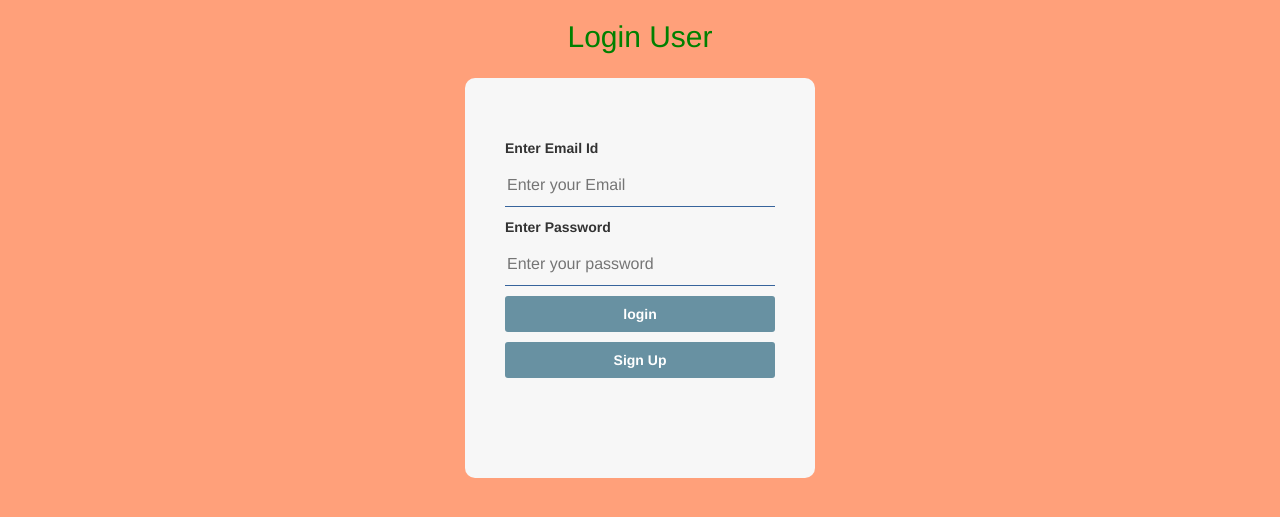
Repository: ashwinipatil321/ServletPrograms
Page: http://localhost/loginAndRegisterServlet/login.jsp
These files come from the project's save history. The page is drawn as it stood at one moment and after the next save; the edit follows.
The browser window is 1280 px wide. The pictures show the whole page.
Some web libraries are served in a nearby version. The page is served by Tomcat 9. Nobody is signed in. The application's start-up code is not run. Other server files are loaded and not shown.

Above is the page before, as saved 2017-11-07 12:32:16.

### loginAndRegisterServlet/WebContent/login.jsp
<%-- <%@ page language="java" contentType="text/html; charset=UTF-8"
	pageEncoding="UTF-8"%>
<!DOCTYPE html PUBLIC "-//W3C//DTD HTML 4.01 Transitional//EN" "http://www.w3.org/TR/html4/loose.dtd">
<html>
<head>
<title>welcome page</title>
<meta charset="utf-8">
<meta name="viewport" content="width=device-width, initial-scale=1">
<link rel="stylesheet"
	href="https://maxcdn.bootstrapcdn.com/bootstrap/3.3.7/css/bootstrap.min.css">
<script
	src="https://ajax.googleapis.com/ajax/libs/jquery/3.2.1/jquery.min.js"></script>
<script
	src="https://maxcdn.bootstrapcdn.com/bootstrap/3.3.7/js/bootstrap.min.js"></script>
<style type="text/css">

h2 {
    color: green;
    text-align: center;
}
center {
	border: 1px solid #D5D8DC;
	padding: 50px;
	margin: auto;
	background-color: #CCEEFF;
	width: 35%;
}
</style>
</head>
<body>

<h2>Login User</h2>
	<center>
		<form action="Login" method="post">
			<div class="form-group">
				<label for="email">Enter Email Id</label> <input type="email"
					class="form-control" id="emailId" placeholder="Enter email Id"
					name="emailId">
			</div>
			<div class="form-group">
				<label for="pwd">Enter Password</label> <input type="password"
					class="form-control" id="password" placeholder="Enter password"
					name="password">
			</div>
			<div class="checkbox">
				<label><input type="checkbox" name="remember">
					Remember me</label>
			</div>
			<button type="submit" class="btn btn-success">login</button>
			<button type="submit" class="btn btn-danger">
				<a href="Register.jsp">cancel</a>
			</button>
		</form>
	</center> --%>
<%@ page language="java" contentType="text/html; charset=UTF-8"
    pageEncoding="UTF-8"%>
<!DOCTYPE html PUBLIC "-//W3C//DTD HTML 4.01 Transitional//EN" "http://www.w3.org/TR/html4/loose.dtd">
<html>
<head>
<meta http-equiv="Content-Type" content="text/html; charset=UTF-8">

 <script src="https://ajax.googleapis.com/ajax/libs/jquery/3.2.1/jquery.min.js"></script>

  <script src="https://maxcdn.bootstrapcdn.com/bootstrap/3.3.7/js/bootstrap.min.js"></script>

  <link rel="stylesheet" href="https://maxcdn.bootstrapcdn.com/bootstrap/3.3.7/css/bootstrap.min.css">

  <link  rel="stylesheet" type="text/css" href="login.css">
 <script type="text/javascript">
 function validate(){
		var email=document.getElementById("email").value;

		var emailValidation=/^\w+@[a-zA-Z_]+?\.[a-zA-Z]{2,3}$/;
		if(!emailValidation.test(email)) {
			$("#email").css("border-color", "red");
			$("#email").after( "<span id='errors'> <font color= 'red'> Not a valid email </font></span>")
			//alert("Enter valid email address");
			return false;
		} else {
			$("#email").css("border-color", "green");
			$("#email").removeClass("errors");
		}
 }

 </script>
 <style>
h2 {
    color: green;
    text-align: center;
}
</style>
<title>Log in</title>
</head>
<body>
<h2>Login User</h2>
<div class="container" >

        <div class="card card-container">
 <font color="red">
 <%
	String message=(String)request.getAttribute("error");
	if(message!=null) {
		out.println(message);
		request.removeAttribute("error");
	}
%>
</font>
			<div class="row">

			<div class="col-xs-12 col-sm-12 col-md-12">
			<form action="LoginController" method="get" class="form-signin" onsubmit="return validate()">

						<div class="row">

							<div class="col-xs-12 col-sm-12 col-md-12">

								    <span id="reauth-email" class="reauth-email" class="col-xs-12 col-sm-12 col-md-12">
								    </span>

									<label>Enter Email Id</label>

				               	    <input type="email" id="email" name ="emailId" placeholder="Enter your Email" required>
							 </div>
						</div>
					<div class="row">

							<div class="col-xs-12 col-sm-12 col-md-12">

									<label>Enter Password </label>

				                    <input type="password" name="password" placeholder="Enter your password" required>
							</div>
					</div>
					<div class="row">

						<div class="col-xs-12 col-sm-12 col-md-12">

							<button type="submit"  class="btn btn-lg btn-primary btn-block btn-signin">login</button>

						</div>
					</div>
		</div>
	</div>
	<a href="Register.jsp"style="text-decoration: none;"><button type="submit" id="button"  class="btn btn-lg btn-primary btn-block btn-signin">Sign Up</button></a>

   </div>
   <!-- /card-container -->
</div><!-- container -->
<!--  <script type="text/javascript" src="login.js"></script>
 -->
 </form>
</body>
</html>

### loginAndRegisterServlet/WebContent/login.css
@charset "UTF-8";
body, html {
    height: 50%;
  	 weight:50%;
    background-repeat: no-repeat;
   background-color:#FFA07A;
}

.card-container.card {
    max-width: 350px;
    padding: 40px 40px;
}

.btn {
    font-weight: 700;
    height: 36px;
    -moz-user-select: none;
    -webkit-user-select: none;
    user-select: none;
    cursor: default;
}

/*
 * Card component
 */
.card {
    height:400px;
    background-color: #F7F7F7;
    /* just in case there no content*/
    padding: 20px 25px 30px;
    margin: 0 auto 25px;
    margin-top: 15px;
    /* shadows and rounded borders */
    -moz-border-radius: 2px;
    -webkit-border-radius: 10px;
    border-radius: 10px;
}

/*
 * Form styles
 */

.reauth-email {
    display: block;
    color: #404040;
    line-height: 2;
    margin-bottom: 20px;
    font-size: 14px;
    text-align: center;
    overflow: hidden;
    text-overflow: ellipsis;
    white-space: nowrap;
    -moz-box-sizing: border-box;
    -webkit-box-sizing: border-box;
    box-sizing: border-box;
}

.form-signin input[type=email],
.form-signin input[type=password] {
    direction: ltr;
    height: 44px;
    font-size: 16px;
    border: 0;
    outline: 0;
    background: transparent;
    border-bottom: 1px solid #37649c;
}

.form-signin input[type=email],
.form-signin input[type=password],
.form-signin input[type=text],
.form-signin button {
    width: 100%;
    display: block;
    margin-bottom: 10px;
    text-decaration:none;
    z-index: 1;
    position: relative;
    -moz-box-sizing: border-box;
    -webkit-box-sizing: border-box;
    box-sizing: border-box;
}
.btn.btn-signin {
    /*background-color: #4d90fe; */
        background-color: rgb(104, 145, 162);

    /* background-color: linear-gradient(rgb(104, 145, 162), rgb(12, 97, 33));*/
    padding: 0px;
    font-weight: 700;
    font-size: 14px;
    height: 36px;
    -moz-border-radius: 3px;
    -webkit-border-radius: 3px;
    border-radius: 3px;
    border: none;
    -o-transition: all 0.218s;
    -moz-transition: all 0.218s;
    -webkit-transition: all 0.218s;
    transition: all 0.218s;
}

.btn.btn-signin:hover,
.btn.btn-signin:active,
.btn.btn-signin:focus {
    background-color: #5c3566104145162;
}

UTF-8";

After the next save:
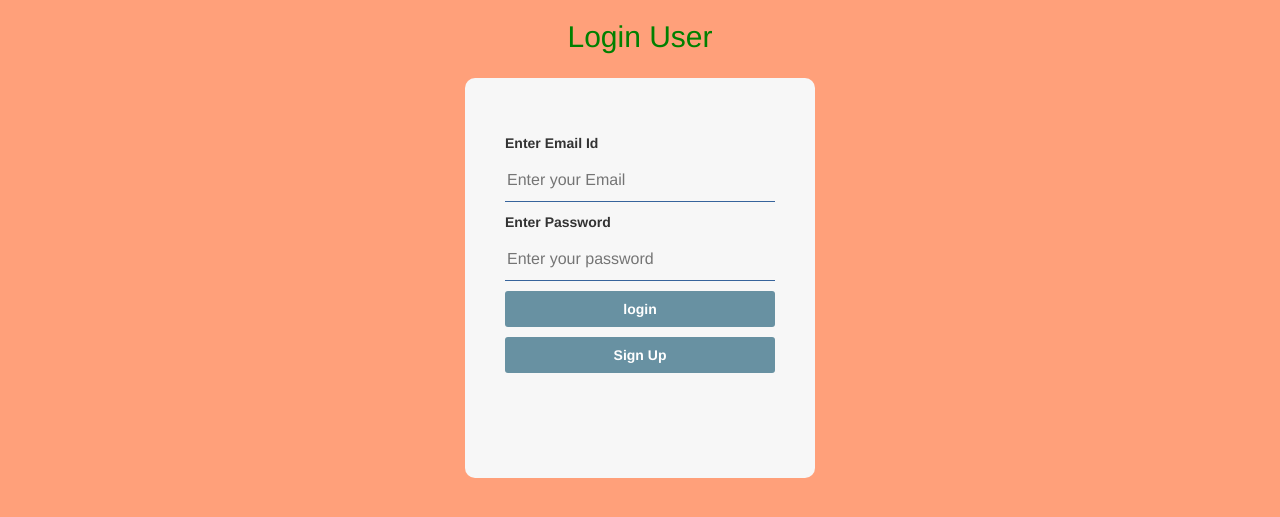
Saved 23 s later.
--- a/loginAndRegisterServlet/WebContent/login.css
+++ b/loginAndRegisterServlet/WebContent/login.css
@@ -44,7 +44,7 @@ body, html {
     display: block;
     color: #404040;
     line-height: 2;
-    margin-bottom: 20px;
+    margin-bottom: 15px;
     font-size: 14px;
     text-align: center;
     overflow: hidden;
